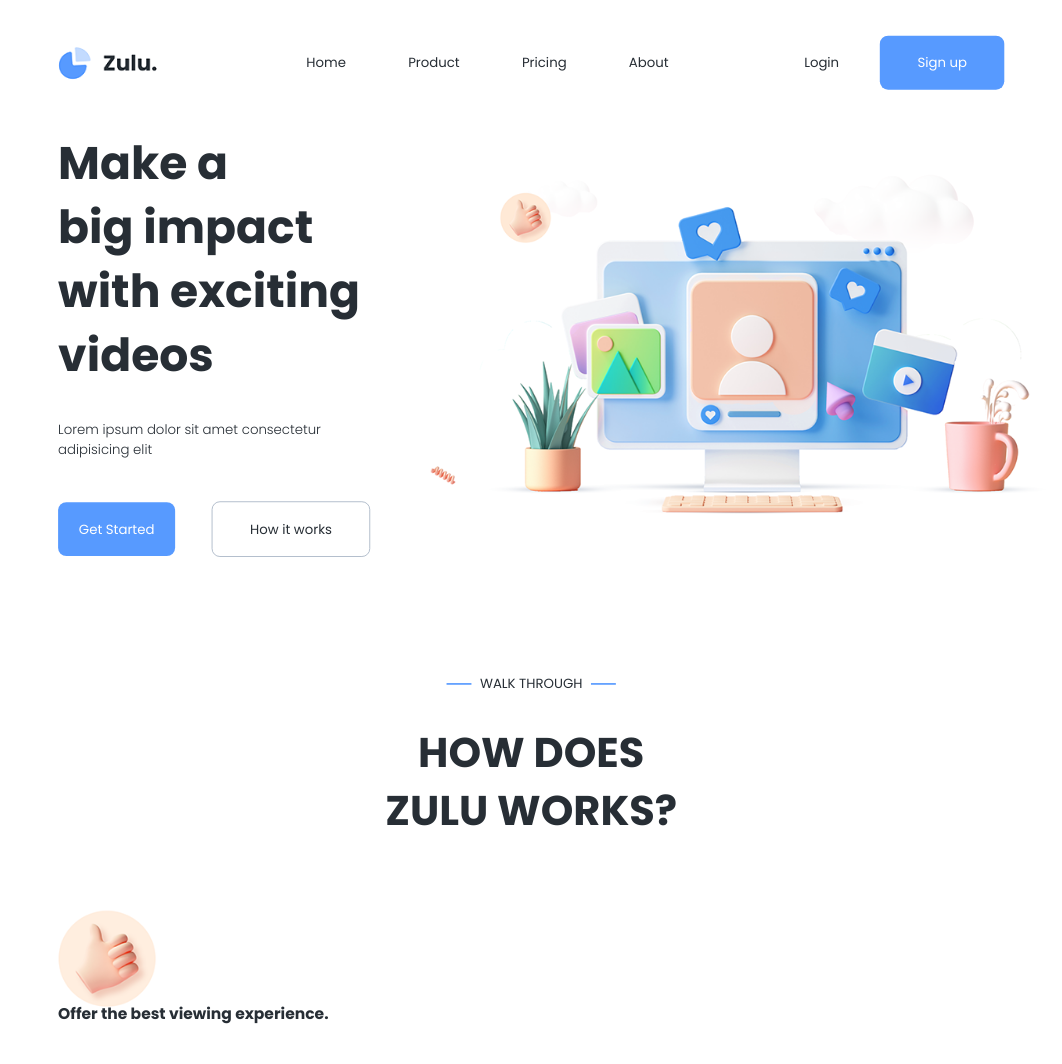
Repository: baodien1405/zulu-landing-page
Page: index.html
An editor plug-in stored every save of this project. The page is shown before and after the next save, followed by the edit.
The browser window is 1280 px wide. The pictures show the whole page, at 83% of full size.
The style sheet was rebuilt from its Sass, Less or Tailwind sources for each picture, by a compiler version that may differ from the author's.

Above is the page before, as saved 2021-06-22 16:42:01.

### index.html
<!DOCTYPE html>
<html lang="en">
<head>
  <meta charset="UTF-8">
  <meta http-equiv="X-UA-Compatible" content="IE=edge">
  <meta name="viewport" content="width=device-width, initial-scale=1.0">
  <link rel="preconnect" href="https://fonts.gstatic.com">
  <link href="https://fonts.googleapis.com/css2?family=Poppins:wght@300;400;600;700&display=swap" rel="stylesheet">
  <link rel="stylesheet" href="./styles.css">
  <title>Zulu</title>
</head>
<body>
  <div class="wrapper">
    <div class="container">
      <!-- Header -->
      <header class="header">
        <a href="index.html" class="header-logo">
          <img src="/images/logo.png" alt="" class="header-logo-image">
        </a>
        <ul class="header-menu">
          <li class="header-menu-item">
            <a href="#" class="header-menu-link">Home</a>
          </li>
          <li class="header-menu-item">
            <a href="#" class="header-menu-link">Product</a>
          </li>
          <li class="header-menu-item">
            <a href="#" class="header-menu-link">Pricing</a>
          </li>
          <li class="header-menu-item">
            <a href="#" class="header-menu-link">About</a>
          </li>
        </ul>
        <div class="header-auth">
          <a href="#" class="button">Login</a>
          <a href="#" class="button button--primary">Sign up</a>
        </div>
      </header>

      <!-- Banner -->
      <section class="banner">
        <div class="banner-info">
          <h1 class="banner-heading">
            <span>Make a</span> <span>big impact</span> <span>with exciting</span> <span>videos</span>
          </h1>
          <p class="banner-desc">
            Lorem ipsum dolor sit amet consectetur adipisicing elit
          </p>
          <div class="banner-links">
            <a href="#" class="button button--primary">Get Started</a>
            <a href="#" class="button button--outline">How it works</a>
          </div>
        </div>
        <img src="./images/img1.png" alt="" class="banner-image">
      </section>

      <!-- Work  -->
      <section class="work">
        <div class="block">
          <span class="block-caption">Walk Through</span>
          <h2 class="block-heading"><span>How does</span> <span>Zulu works?</span></h2>
        </div>
        <div class="work-list">
          <div class="work-item">
            <img src="./images/img2.png" alt="" class="work-image" />
            <h3 class="work-title">Offer the best viewing experience.</h3>
          </div>
        </div>
      </section>
    </div>
  </div>
</body>
</html>

### styles.scss
@import "variables";
@import "global";
@import "header";
@import "banner";
@import "work";

### _variables.scss
$gray-dark: #272e35;
$gray-blur: #a5b2c3;
$primary-color: #579aff;

### _global.scss
* {
  margin: 0;
  padding: 0;
  box-sizing: border-box;
}

body {
  overflow-x: hidden;
  color: $gray-dark;
}

img {
  display: block;
  max-width: 100%;
}

a {
  text-decoration: none;
}

body {
  font-family: "Poppins", sans-serif;
  font-size: 16px;
  line-height: 1;
  background-color: #fff;
}

.wrapper {
  max-width: 1440px;
  margin: 0 auto;
}

.container {
  max-width: 1170px;
  padding: 0 15px;
  margin: 0 auto;
}

.button {
  display: inline-block;
  font-size: 16px;
  padding: 20px 45px;
  color: $gray-dark;
  background-color: transparent;
  border-radius: 10px;
  line-height: normal;
  &--primary {
    color: #fff;
    background-color: $primary-color;
  }
  &--outline {
    border: 1px solid $gray-blur;
  }
}

.block {
  text-align: center;
  display: flex;
  align-items: center;
  justify-content: center;
  flex-direction: column;
  margin-bottom: 85px;

  &-caption {
    text-transform: uppercase;
    margin-bottom: 40px;
    position: relative;
    display: inline-block;
    padding: 0 10px;
  }

  &-caption::before {
    left: 0;
    transform: translate(-100%, -50%);
  }

  &-caption::after {
    right: 0;
    transform: translate(100%, -50%);
  }

  &-caption::before,
  &-caption::after {
    position: absolute;
    content: "";
    width: 30px;
    height: 2px;
    background-color: $primary-color;
    top: 50%;
  }

  &-heading {
    text-transform: uppercase;
    font-size: 50px;
    line-height: 1.4;

    span {
      display: block;
    }
  }
}

### _header.scss
.header {
  padding-top: 43px;
  display: flex;
  align-items: center;

  &-logo {
    display: block;
    margin-right: 180px;
  }

  &-menu {
    display: flex;
    align-items: center;
    list-style: none;

    &-item:not(:first-child) {
      margin-left: 75px;
    }

    &-link {
      color: $gray-dark;
      transition: color 0.2s ease-in-out;
      &:hover {
        color: $primary-color;
      }
    }
  }

  &-auth {
    margin-left: auto;
  }
}

### _banner.scss
.banner {
  display: flex;
  align-items: center;
  padding-top: 50px;

  &-info {
    width: 35%;
  }

  &-image {
    width: 65%;
    transform: translateX(50px);
  }

  &-heading {
    font-size: 55px;
    line-height: 1.4;
    margin-bottom: 40px;

    & span {
      display: block;
    }
  }

  &-desc {
    font-weight: 300;
    line-height: 1.5;
    margin-bottom: 50px;
  }

  &-links {
    .button:first-child {
      margin-right: 40px;
      padding-left: 25px;
      padding-right: 25px;
    }
  }
}

### _work.scss
.work {
  padding-top: 145px;
  padding-bottom: 50px;
}

After the next save:
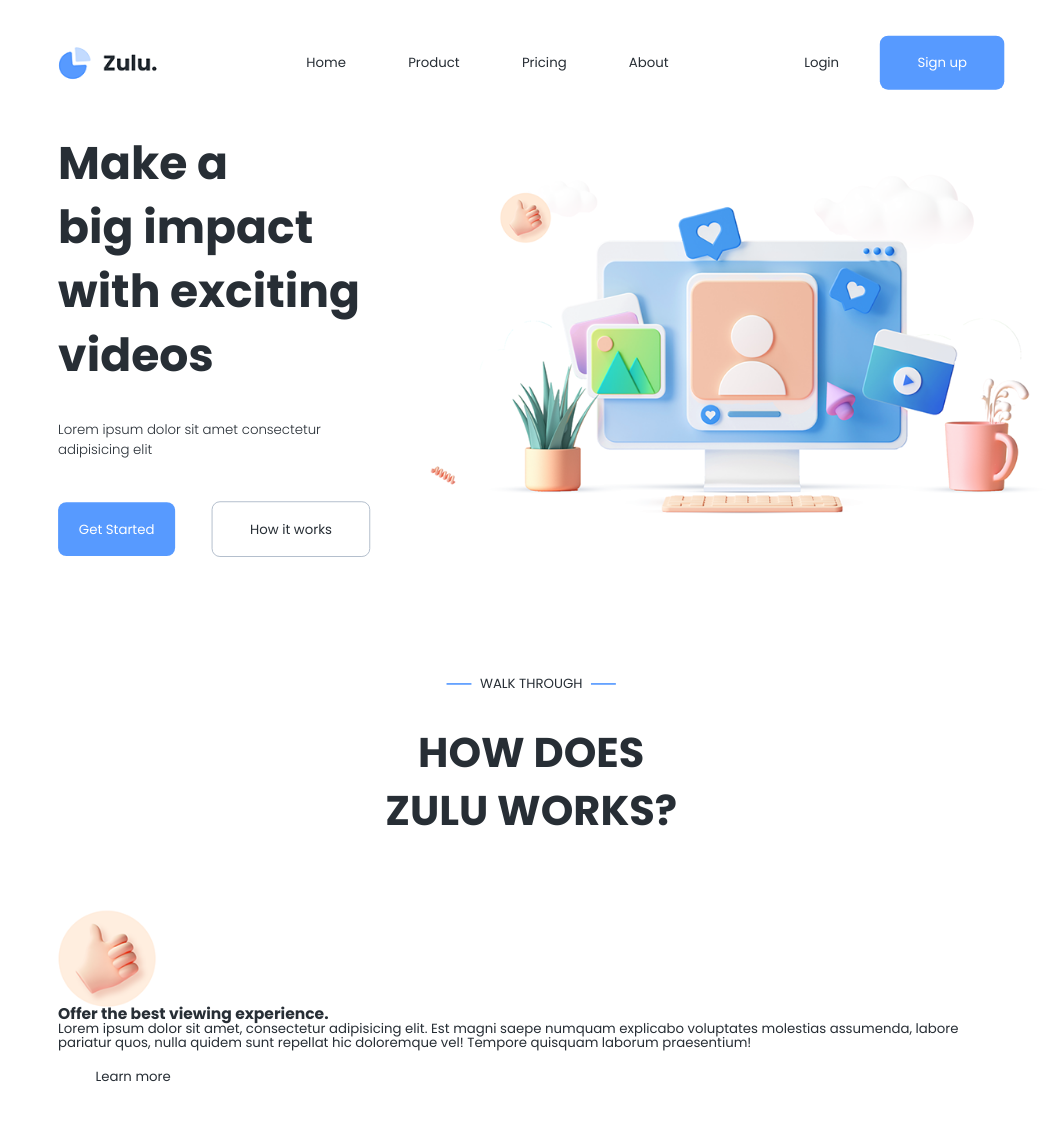
Saved 73 s later.
--- a/index.html
+++ b/index.html
@@ -64,6 +64,8 @@
           <div class="work-item">
             <img src="./images/img2.png" alt="" class="work-image" />
             <h3 class="work-title">Offer the best viewing experience.</h3>
+            <p class="work-desc">Lorem ipsum dolor sit amet, consectetur adipisicing elit. Est magni saepe numquam explicabo voluptates molestias assumenda, labore pariatur quos, nulla quidem sunt repellat hic doloremque vel! Tempore quisquam laborum praesentium!</p>
+            <a href="#" class="button button-outline">Learn more</a>
           </div>
         </div>
       </section>
